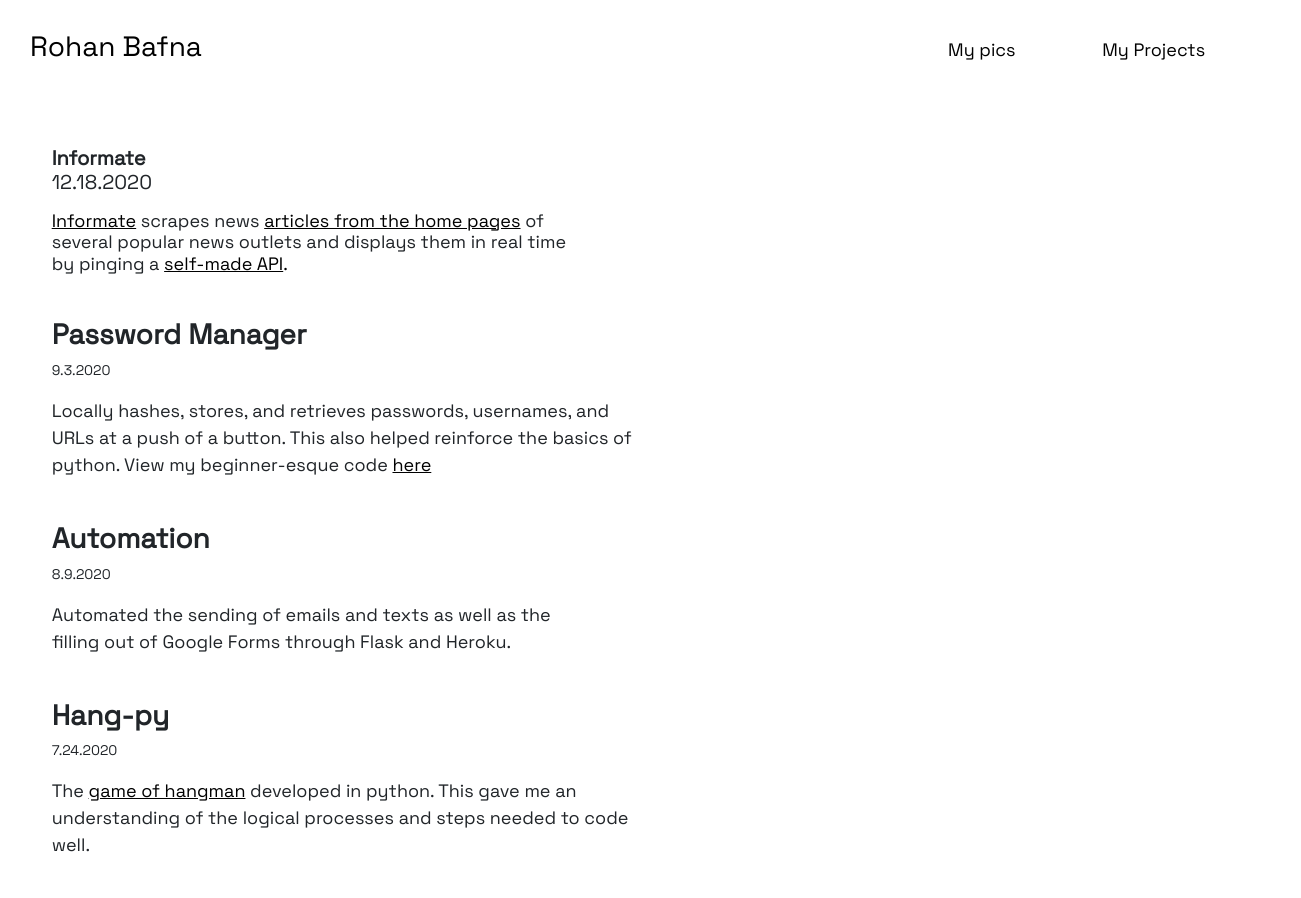
Repository: rbafna6507/rbafna6507.github.io
Page: actualprojects.html
The author's editor kept a copy of each file at every save. The page is drawn from the files as they stood at one save, then again after the next save.
The browser window is 1280 px wide. The page is 1301 px wide, so the pictures cover 1301 px, including what lies to the right of the window. The pictures show the whole page.

Above is the page before, as saved 2020-12-20 21:23:06.

### actualprojects.html
<!DOCTYPE HTML>
<html>
<head>
    <link rel="shortcut icon" type="image/png" href="circular actual atom logo.png"/>
    <title>my projects</title>
    <link href= "projects.css" type= "text/css" rel= "stylesheet">
    <link rel="preconnect" href="https://fonts.gstatic.com">
    <script src="https://cdn.jsdelivr.net/npm/bootstrap@5.0.0-beta1/dist/js/bootstrap.bundle.min.js" integrity="sha384-ygbV9kiqUc6oa4msXn9868pTtWMgiQaeYH7/t7LECLbyPA2x65Kgf80OJFdroafW" crossorigin="anonymous"></script>
    <link href="https://cdn.jsdelivr.net/npm/bootstrap@5.0.0-beta1/dist/css/bootstrap.min.css" rel="stylesheet" integrity="sha384-giJF6kkoqNQ00vy+HMDP7azOuL0xtbfIcaT9wjKHr8RbDVddVHyTfAAsrekwKmP1" crossorigin="anonymous">
<link href="https://fonts.googleapis.com/css2?family=Space+Grotesk:wght@300;400&display=swap" rel="stylesheet">
</head>
<body>
    <div id= "navbar">
        <header class= "header">
            <div id="hi">
              <a href= "index.html"><h3>Rohan Bafna</h3></a>
            </div>
            <div class= "leftsidelist">
                <ul>
                    <a href= "pics.html"><li class= "about">My pics</li></a>
                    <a href= "actualprojects.html"><li class= "projects">My Projects</li></a>
                </ul>
            </div>
        </header>
    </div>
    <div class="row justify-content-around">
        <div class="col-4">
            <div id = "informate" class = "small" onmouseover="document.getElementById('informate_img').style.visibility = 'visible';" onmouseout = "document.getElementById('informate_img').style.visibility = 'hidden';">
                <h5><b>Informate</strong></b>
                <p>12.18.2020</p>
                <p style="font-size: 18px;"><a href = "https://newsaggregator-frontend.vercel.app"><u>Informate</u></a> scrapes news <a href = "https://github.com/rbafna6507/newsaggregator_scraper"><u>articles from the home pages</u></a> of <br>several popular news outlets and displays them in real time <br>by pinging a <a href = "https://github.com/rbafna6507/newsaggregator_backend"><u>self-made API</u>.</a></p>
            </div>
            <br><br>
            <div id = "password" class = "small" onmouseover="document.getElementById('password_img').style.visibility = 'visible';" onmouseout = "document.getElementById('password_img').style.visibility = 'hidden';">
                <h3><strong>Password Manager</strong></h3>
                <p>9.3.2020</p>
                <p style="font-size: 18px;">Locally hashes, stores, and retrieves passwords, usernames, and <br>URLs at a push of a button. This also helped reinforce the basics of<br>python. View my beginner-esque code <a href = "https://github.com/rbafna6507/passwordstorageproject"><u>here</u></a></p>
            </div>
            <br><br>
            <div id = "automation" class = "small">
                <h3><strong>Automation</strong></h3>
                <p>8.9.2020</p>
                <p style="font-size: 18px;">Automated the sending of emails and texts as well as the <br>filling out of Google Forms through Flask and Heroku.</p>
            </div>
            <br><br>
            <div id = "hangman" class = "small" onmouseover="document.getElementById('hangman_img').style.visibility = 'visible';" onmouseout = "document.getElementById('hangman_img').style.visibility = 'hidden';">
                <h3><strong>Hang-py</strong></h3>
                <p>7.24.2020</p>
                <p style="font-size: 18px;">The <a href = "https://github.com/rbafna6507/hangmanpython"><u>game of hangman</u></a> developed in python. This gave me an <br>understanding of the logical processes and steps needed to code <br>well.</p>
            </div>
            <br><br>
        </div>
        <div class="col-4">
            <img id = "informate_img" class = "imgs" src = "informate_pic.png">
            <img id = "hangman_img" class = "imgs" src = "hangman_pic.png">
            <img id = "password_img" class = "imgs" src = "password_pic.png">
        </div>
      </div>
</body>
</html>

### projects.css
* {box-sizing:border-box}

* {font-family: 'Space Grotesk', sans-serif;}

body{
  max-height:1000px;
  max-width:1400px
}

div{
  display: inline-block;
}

li{
  display: inline;
  list-style-type: none;
  text-align: left;
  padding-left: 30px;
  font-size: 18px;
  font-weight: 36px;
  width: 150px;
  display: inline-block;
  position: relative;
}

ul{
  display: inline;
  padding: 0;
  text-align: center;
  position: relative;
}

.header {
  font-family: 'Space Grotesk', sans-serif;
  position: relative;
  left: 10px;
  top: 30px;
}

.leftsidelist {
  position: relative;
  margin-left: 680px;
}

#logo {
    display: inline-block;
    width: 40px;
    height: 40px;
    position: relative;
    top: 70px;
    bottom: 400px;
  }

  h3 {
    display: flex;
    align-items: center;
    justify-content: space-between;
}
  #navbar {
    position: relative;
    left: 20px;
  }

  a:link {
    text-decoration: none;
    color: black;
  }

  a:visited {
    text-decoration: none;
    color: black;
  }

  a:hover {
    color: #ce321e!important;
  }

  a:active {
    color: #ce321e!important;
  }

  .col-4 {
    position: relative;
    margin-right:200px;
    top: 100px;
  }

  img{
    width: 620px;
    height: 500px;
  }

  .small{
    padding-left: 3px;
    padding-top:4px;
    margin-left: 40px;
    width: 650px;
  }

  .imgs{
    margin-top: 55px;
    margin-left: 20px;
  }

  #informate_img{
    visibility: hidden;

  }

  #hangman_img{
    margin-top: -520px;
    visibility: hidden;
  }

  #password_img{
    margin-top: -520px;
    visibility: hidden;
  }

  /* body:not(.mobile) #informate:hover, #informate_img {
    visibility: visible;
  }
  body:not(.mobile) #hangman:hover, #hangman_img {
    visibility: visible;
}

  body:not(.mobile) #password:hover, #password_img {
    visibility: visible;
} */

  .small{
    background-size: 200% 200%;
    background-image:linear-gradient(to top, #f7a7a73f 50%, transparent 50%);
    -webkit-transition: background-position 300ms, color 300ms ease, border-color 300ms ease;
    -moz-transition: background-position 300ms, color 300ms ease, border-color 300ms ease;
    -ms-transition: background-position 300ms, color 300ms ease, border-color 300ms ease;
    -o-transition: background-position 300ms, color 300ms ease, border-color 300ms ease;
    transition: background-position 300ms, color 300ms ease, border-color 300ms ease;
}

  .small:hover {color: black;
background-image:
linear-gradient(to top, #f7a7a73f 51%, transparent 50%);
background-position: 0 100%;
-webkit-transition: background-position 300ms, color 300ms ease, border-color 300ms ease;
-moz-transition: background-position 300ms, color 300ms ease, border-color 300ms ease;
-ms-transition: background-position 300ms, color 300ms ease, border-color 300ms ease;
-o-transition: background-position 300ms, color 300ms ease, border-color 300ms ease;
transition: background-position 300ms, color 300ms ease, border-color 300ms ease;
}

After the next save:
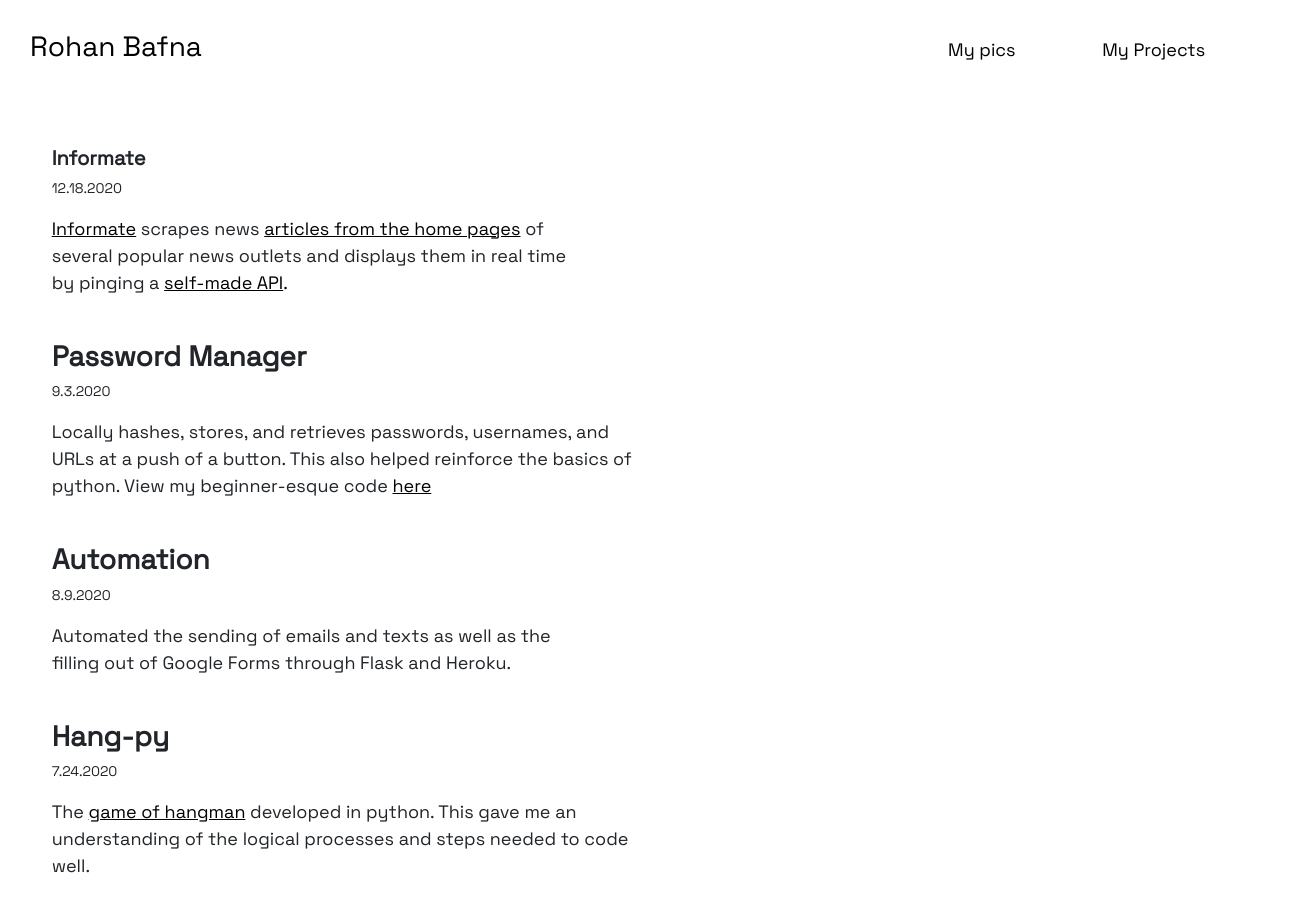
Saved 16 s later.
--- a/actualprojects.html
+++ b/actualprojects.html
@@ -26,7 +26,7 @@
     <div class="row justify-content-around">
         <div class="col-4">
             <div id = "informate" class = "small" onmouseover="document.getElementById('informate_img').style.visibility = 'visible';" onmouseout = "document.getElementById('informate_img').style.visibility = 'hidden';">
-                <h5><b>Informate</strong></b>
+                <h5><b>Informate</b></h5>
                 <p>12.18.2020</p>
                 <p style="font-size: 18px;"><a href = "https://newsaggregator-frontend.vercel.app"><u>Informate</u></a> scrapes news <a href = "https://github.com/rbafna6507/newsaggregator_scraper"><u>articles from the home pages</u></a> of <br>several popular news outlets and displays them in real time <br>by pinging a <a href = "https://github.com/rbafna6507/newsaggregator_backend"><u>self-made API</u>.</a></p>
             </div>
